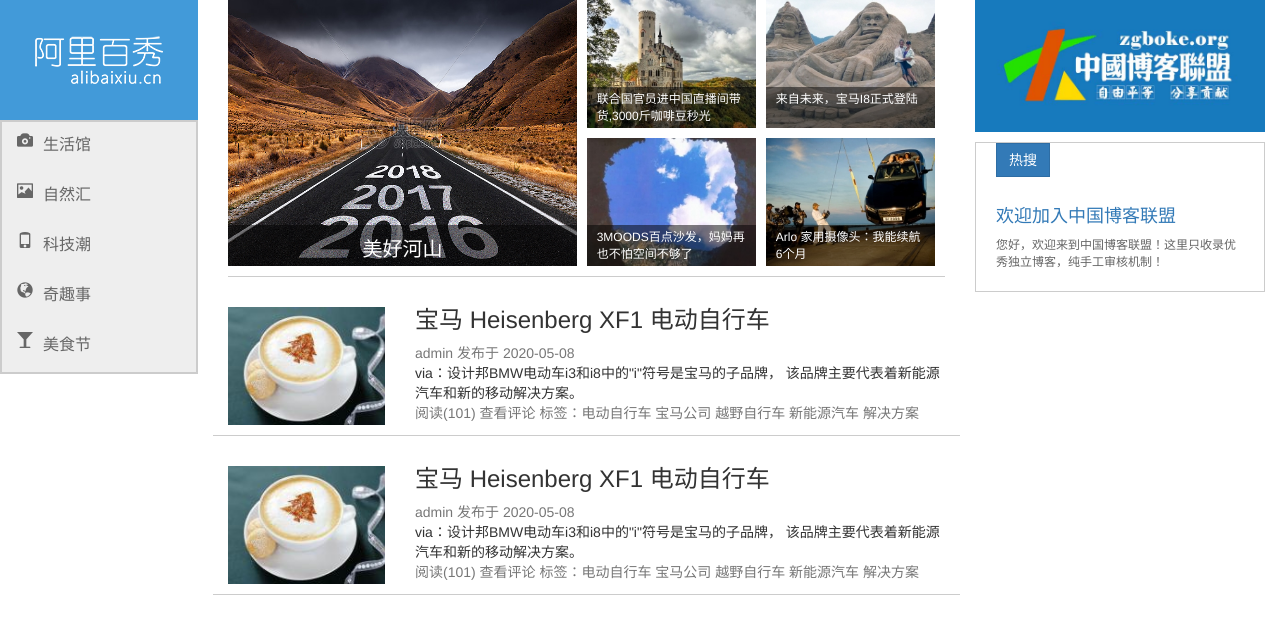
Repository: zhangwen001208/bootstrap-demo
Page: index.html
The author's editor kept a copy of each file at every save. The page is drawn from the files as they stood at one save, then again after the next save.
The browser window is 1280 px wide. The pictures show the whole page.

Above is the page before, as saved 2022-09-08 23:40:59.

### index.html
<!DOCTYPE html>
<html lang="en">
<head>
    <meta charset="UTF-8">
    <meta http-equiv="X-UA-Compatible" content="IE=edge">
    <meta name="viewport" content="width=device-width, initial-scale=1.0">
    <link rel="stylesheet" href="./bootstrap/css/bootstrap.min.css">
    <link rel="stylesheet" href="./css/index.css">

    <title>Document</title>
</head>
<body>
    <div class="container">
        <div class="row">
            <header class="col-md-2">
                <div class="logo">
                    <img src="./images/logo.png" alt="" class="hidden-xs">
                    <span class="visible-xs">阿里百秀</span>
                </div>
                <div class="nav">
                    <ul class="nav flex-column">
                        <li class="nav-item">
                          <a class="nav-link active glyphicon glyphicon-camera" href="#">生活馆</a>
                        </li>
                        <li class="nav-item">
                          <a class="nav-link glyphicon glyphicon-picture" href="#">自然汇</a>
                        </li>
                        <li class="nav-item">
                          <a class="nav-link glyphicon glyphicon-phone" href="#">科技潮</a>
                        </li>
                        <li class="nav-item">
                          <a class="nav-link glyphicon glyphicon-globe ">奇趣事</a>
                        </li>
                        <li class="nav-item">
                            <a class="nav-link glyphicon glyphicon-glass">美食节</a>
                          </li>
                      </ul>
                </div>

            </header>
            <article class="col-md-7 ">
             <div>
                <ul class="item clearfix">
                    <li>
                        <a href="">
                        <img src="./images/news-1.jpg" alt="">
                        <p>美好河山</p>
                        </a>
                   </li>
                    <li><a href="">
                        <img src="./images/news-2.jpg" alt="">
                        <p>联合国官员进中国直播间带货,3000斤咖啡豆秒光</p>
                    </a></li>
                    <li><a href="">
                        <img src="./images/news-3.jpg" alt="">
                        <p>来自未来，宝马I8正式登陆</p>
                    </a></li>
                    <li><a href="">
                        <img src="./images/news-4.jpg" alt="">
                        <p>3MOODS百点沙发，妈妈再也不怕空间不够了</p>
                    </a></li>
                    <li><a href="">
                        <img src="./images/news-5.jpg" alt="">
                        <p>Arlo 家用摄像头：我能续航6个月</p>
                    </a></li>
                  </ul>
             </div>
              <div class="page">
                <div class="row">
                    <div class="col-sm-3 pic hidden-xs">
                        <img src="./images/news-6.jpg" alt="">
                    </div>
                    <div class="col-sm-9 ">
                        <h3>宝马 Heisenberg XF1 电动自行车</h3>
                        <p class="text-muted  hidden-xs">admin 发布于 2020-05-08</p>
                        <p class="hidden-xs">via：设计邦BMW电动车i3和i8中的"i"符号是宝马的子品牌， 该品牌主要代表着新能源汽车和新的移动解决方案。</p>
                        <p class="text-muted">阅读(101) 查看评论 <span class="hidden-xs">标签：电动自行车 宝马公司 越野自行车 新能源汽车 解决方案</span></p>
                    </div>
                </div>
                <div class="row">
                    <div class="col-sm-3 pic hidden-xs">
                        <img src="./images/news-6.jpg" alt="">
                    </div>
                    <div class="col-sm-9 ">
                        <h3>宝马 Heisenberg XF1 电动自行车</h3>
                        <p class="text-muted  hidden-xs">admin 发布于 2020-05-08</p>
                        <p class="hidden-xs">via：设计邦BMW电动车i3和i8中的"i"符号是宝马的子品牌， 该品牌主要代表着新能源汽车和新的移动解决方案。</p>
                        <p class="text-muted">阅读(101) 查看评论 <span class="hidden-xs">标签：电动自行车 宝马公司 越野自行车 新能源汽车 解决方案</span></p>
                    </div>
                </div>


            </article>
            <aside class="col-md-3">
                <a href="#" class="banner">
                    <img src="./images/zgboke.jpg" alt="">
                </a>
                <a href="#" class="hot">
                    <span class="btn btn-primary">热搜</span>
                    <h4 class="text-primary">欢迎加入中国博客联盟</h4>
                    <p>您好，欢迎来到中国博客联盟！这里只收录优秀独立博客，纯手工审核机制！</p>
                </a>

            </aside>



        </div>
    </div>

</body>
</html>

### css/index.css

 @media screen and (min-width: 1280px) {
    .container {
        width: 1280px
    }

 }
 ul{
    padding: 0;
    margin: 0;
 }
 ul>li {
    list-style: none;
    text-decoration: none;

 }
 a {
    color: #666;
 }
 a:hover {
    text-decoration: none;
 }
 p{
    margin-bottom: 0;
 }






 header {
    padding-left: 0 !important;

 }
 .logo {
    background-color: #429ad9;


 }
 .logo img {
    display: block;
    /* width: 100%; */
    /* 让我们的图片不缩放 */
    max-width: 100%;
    margin: 0 auto;

 }

 /* 1.让我们的图片在超小屏幕下隐藏起来不显示 */
 /* 2 我们提前设置一个块级元素 到我们超小屏幕下显示 */
 .logo span {
    display: block;
    height: 50px;
    line-height: 50px;
    color: #fff;
    font-size: 18px;
    text-align: center;

 }

/* 当我们进入小屏幕和超小屏幕时 里面的li浮动起来 并且让里面的文字变小一点 */

@media screen and (max-width: 990px) {
    .nav li {
       float: left;
       width: 20%;

    }
    article{
        margin-top: 20px;
    }

}
 .nav {
    border: 1px solid #ccc ;
    background-color: #eee;
 }

 .nav-item a {
    display: block;
    font-size: 16px;
    height: 50px;
 }
.nav-item a::before {
    vertical-align: middle;
    padding-right: 10px;
}
.nav-item:hover {
    background-color: #fff !important;
}

article {
    padding: 0;
}



.item li {

    float: left;
    width: 25%;
    height: 128px;
    padding-right: 10px;
    margin-bottom: 10px;

}
.item li a {
    position: relative;
    display: block;
    width: 100%;
    height: 100%;
}
/* 当超小屏幕下 我们将 我们第一个li变成100% 其他的变为50% */
@media screen and (max-width: 767px) {
    .item li:nth-child(1) {
        width: 100% !important;
    }
    .item li {
        width: 50% !important;
    }
    .page h3 {
        font-size: 14PX;
    }
    .page h3:hover {
        cursor: pointer;
    }


}

.item li:nth-child(1) {
    width: 50%;
    height: 266px;
    padding-right: 10px;


}
.item li:nth-child(1) p {
    font-size: 20px;
    line-height: 41px;
    text-align: center;
}
.item li>a img {
    width: 100%;
    height: 100%;

}
.item li>a p {
    position: absolute;
    display: block;
    height: 41px;

    width: 100%;
    bottom: 0;
    left: 0;
    background: rgba(0, 0, 0, 0.5);
    font-size: 12px;
    padding: 4px 10px;
    color: #fff;

}
.page {
    display: block;
    height: 168px;

}
.page {
    border-top: 1px solid #ccc;
}

.page .row {
    border-bottom: 1px solid #ccc;
    padding: 10px 0;

}

.pic {
    margin-top: 20px;
}
.pic img {
    width: 100%;
}
.banner a {
    display: block;
    margin-top: 10px;
}
.banner img {
    width: 100%;
    height: 100%;
}
.hot {
    display: block;
    border: 1px solid #ccc;
    padding: 0 20px 20px;
    margin-top: 10px;
}
.hot span {
    border-radius: 0;
    margin-bottom: 20px;
}
.hot p {
    font-size: 12px;
}

Loaded but not shown: bootstrap/css/bootstrap.min.css (library)

After the next save:
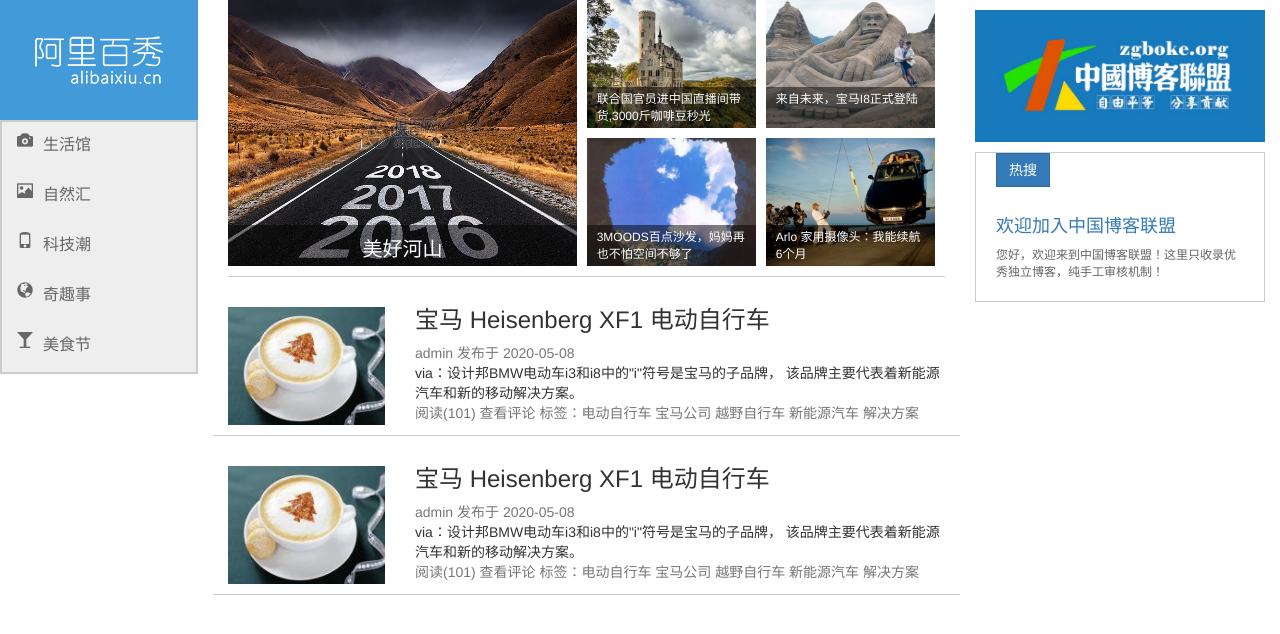
Saved 93 s later.
--- a/css/index.css
+++ b/css/index.css
@@ -181,13 +181,11 @@
 .pic img {
     width: 100%;
 }
-.banner a {
-    display: block;
+
+.banner img {
+    width: 100%;
+    height: 100%;
     margin-top: 10px;
-}
-.banner img {
-    width: 100%;
-    height: 100%;
 }
 .hot {
     display: block;
